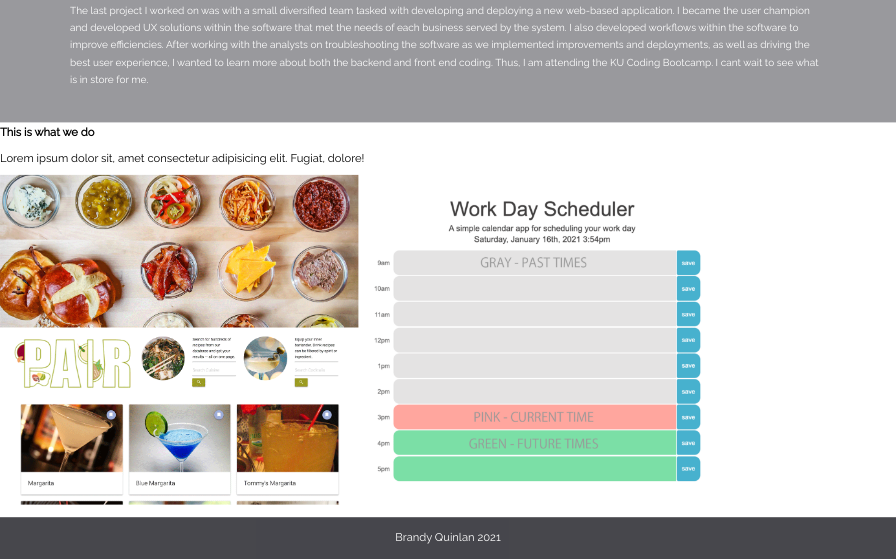
Repository: brandyquinlan/brandyquinlan
Page: index.html
An editor plug-in stored every save of this project. The page is shown before and after the next save, followed by the edit.
The browser window is 1280 px wide. The pictures show the part of the page from y = 977 to 2897 px (the page is 1776 px tall before and 3384 px after), at 70% of full size.
Some web libraries are served in a nearby version.

Above is the page before, as saved 2021-02-05 11:10:40.

After the next save:
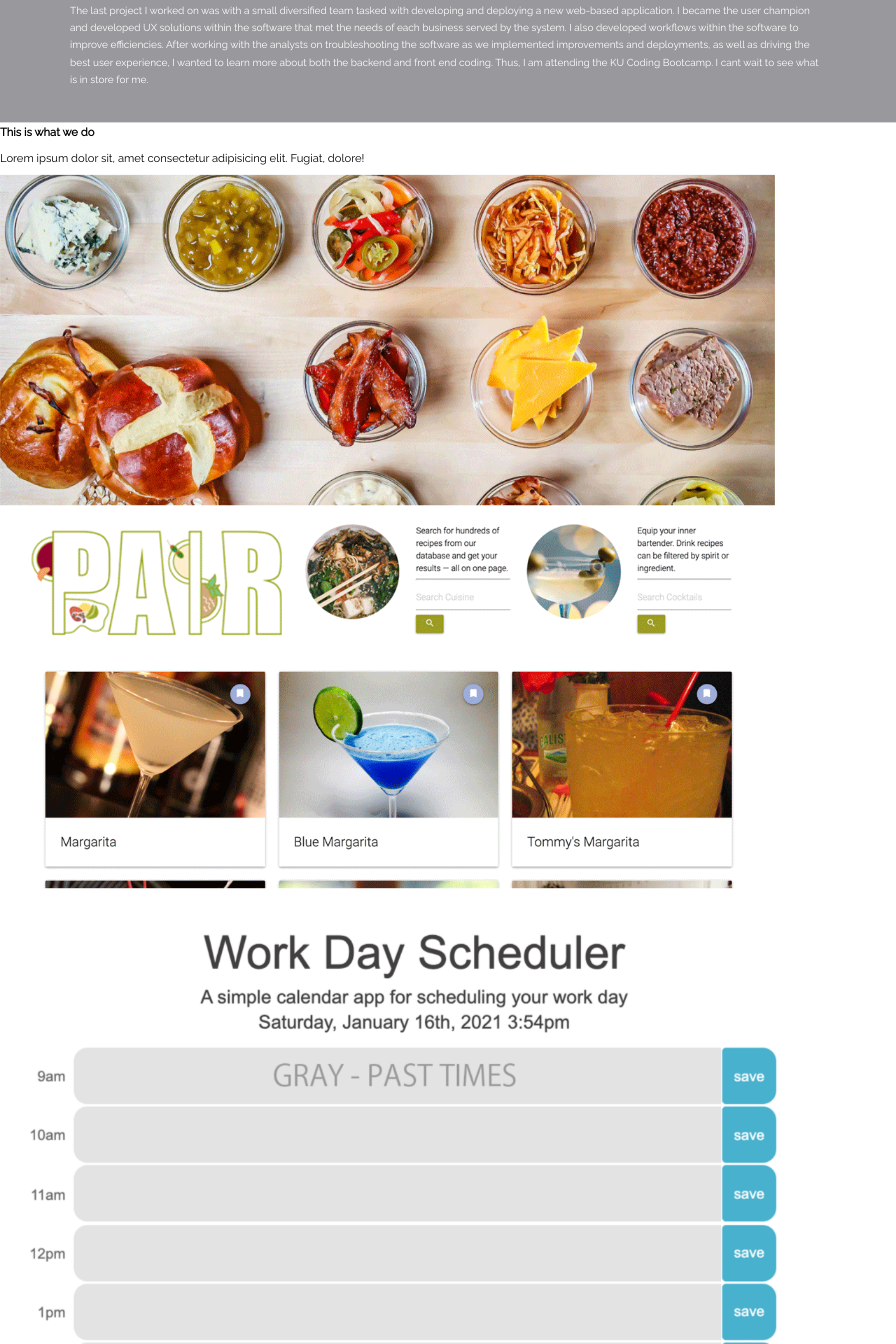
Saved 5 min 8 s later.
--- a/css/style.css
+++ b/css/style.css
@@ -126,15 +126,6 @@ header h1 {
     display: inline-block;
 } */
 
-.projects {
-    display: flex;
-    flex-wrap: wrap;
-}
-
-.projects img {
-    width: 40vw;
-}
-
 
 /* Footer */
 
